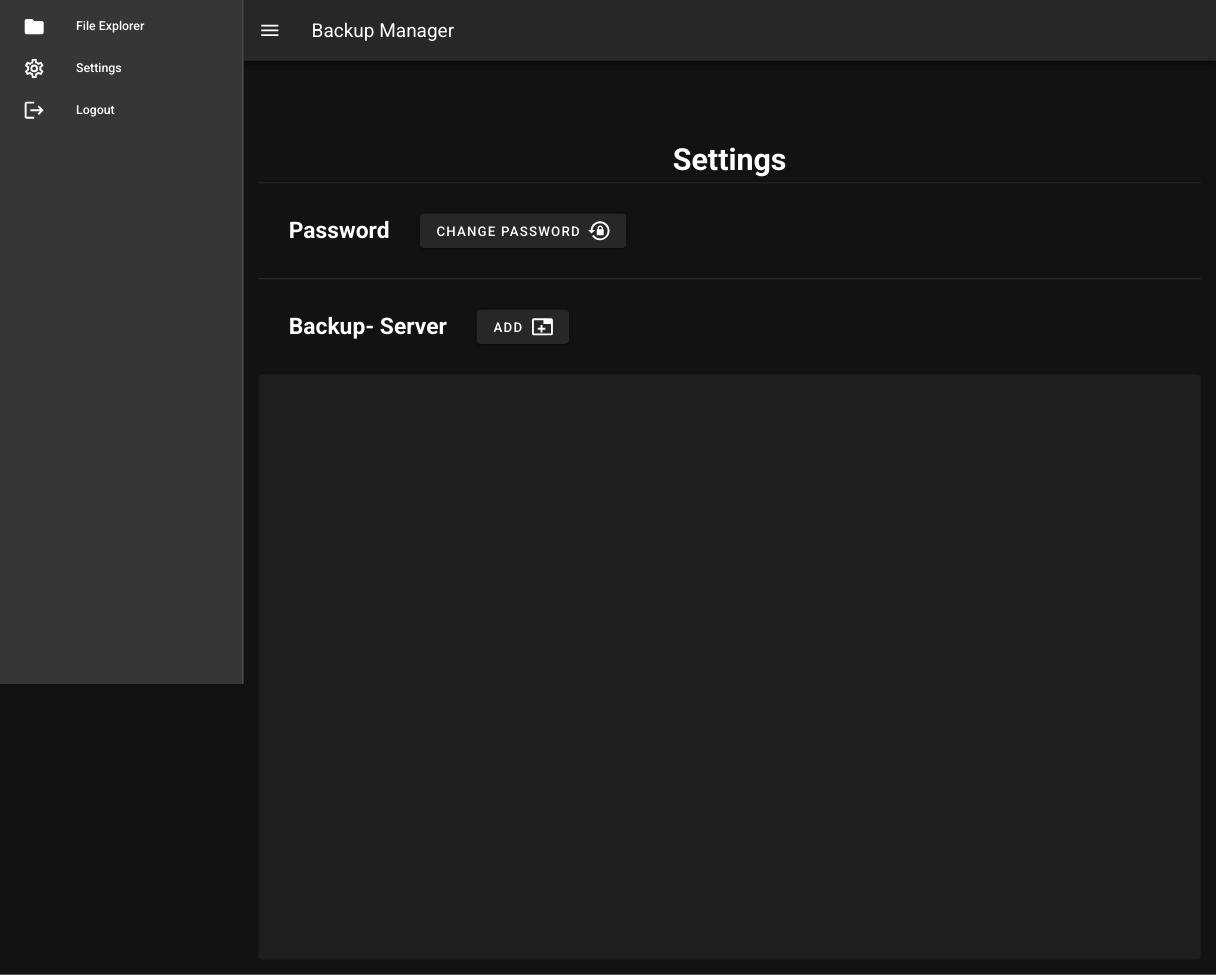
Repository: Erik966/Backup-Manager-Frontend
Page: /settings
These files come from the project's save history. The page is drawn as it stood at one moment and after the next save; the edit follows.
The browser window is 1280 px wide. The pictures show the whole page, at 95% of full size.
The project was rebuilt for these pictures with package versions that can differ from the ones it lists, and the page was loaded fresh each time. Also part of the build but not shown: vue.config.js, src/components/Login.vue, src/views/Login.vue, src/views/secure.vue.

Above is the page before, as saved 2023-01-17 00:18:10.

### public/index.html
<!DOCTYPE html>
<html lang="en">
  <head>
    <meta charset="utf-8">
    <meta http-equiv="X-UA-Compatible" content="IE=edge">
    <meta name="viewport" content="width=device-width,initial-scale=1.0">
    <!--link rel="icon" href="<%= BASE_URL %>favicon.ico"-->
    <title>Homepagename</title>
    <link rel="stylesheet" href="https://fonts.googleapis.com/css?family=Roboto:100,300,400,500,700,900">
    <link rel="stylesheet" href="https://cdn.jsdelivr.net/npm/@mdi/font@latest/css/materialdesignicons.min.css">
  </head>
  <body>
    <noscript>
      <strong>We're sorry but <!--%= htmlWebpackPlugin.options.title %--> doesn't work properly without JavaScript enabled. Please enable it to continue.</strong>
    </noscript>
    <div id="app"></div>
    <!-- built files will be auto injected -->
  </body>
</html>

### src/App.vue
<template>
  <v-app>
    <div >
    <v-toolbar dark class="justify-center">
      <v-row>
        <v-col class="justify-center">
          <h1 align="center">BackupManager</h1>
        </v-col>
        <!-- <v-col class="text-right">
          <v-btn to="/">Login</v-btn>
          <v-btn to="/secure">Secure</v-btn>
        </v-col> -->
      </v-row>

    </v-toolbar>
  </div>
    <router-view/>
  </v-app>
</template>

<script>

export default {
  name: 'App',

  data: () => ({
    //
  }),
  methods: {

  },
};
</script>
<style scoped>

</style>

### src/views/settings.vue
<template>
    <Settings />
  </template>

  <script>
    import Settings from '../components/Settings'

    export default {
      //name: 'Home',

      components: {
        Settings,
      },
    }
  </script>

### src/components/Settings.vue
<template>
  <v-main>
    <div class="main">
      <Navigation />

      <h1>Settings</h1>

      <v-divider></v-divider>

      <div class="settingHeadlineContainer">
        <h2 class="settingHeading">Password</h2>
        <v-btn @click="onClickShowChangePassword" item.icon>
          change password
          <v-icon class="iconPadding">{{ changePassword }}</v-icon>
        </v-btn>
      </div>

      <div class="passwordContainerWrapper" v-if="changePasswordActive">
        <div class="passwordInputFieldContainer">
          <div class="passwordBlockContainer">
            <div>
              <p>old password</p>
            </div>
            <div>
              <input
                class="passwordInputField"
                type="text"
                name="fname"
                v-model="password.oldPassword"
              />
            </div>
          </div>
          <div class="passwordBlockContainer">
            <div>
              <p>new password</p>
            </div>
            <div>
              <input
                class="passwordInputField"
                type="text"
                name="fname"
                v-model="password.newPassword"
              />
            </div>
          </div>
          <div class="passwordBlockContainer">
            <div>
              <p>repeat new password</p>
            </div>
            <div class="passwordBlockContainer">
              <input
                class="passwordInputField"
                type="text"
                name="fname"
                v-model="password.newPasswordRepeat"
              />
            </div>
          </div>
          <div class="buttonAllertContainer">
            <div>
              <v-btn @click="onPasswordChangedClick" item.icon>
                change password
                <v-icon id="changePassword" class="iconPadding">{{
                  changePassword
                }}</v-icon>
              </v-btn>
            </div>
            <div>
              <v-alert
                v-if="changePasswordStatusFailed"
                border="left"
                color="red"
                dense
                type="warning"
                max-width="300px"
                >{{ changePasswordFailedMessage }}</v-alert
              >
              <v-alert
                v-if="changePasswordStatusSuccess"
                border="left"
                color="green"
                dense
                type="success"
                max-width="300px"
                >Password changed succesfully.</v-alert
              >
            </div>
          </div>
        </div>
      </div>

      <v-divider></v-divider>

      <div class="settingHeadlineContainer">
        <h2 class="settingHeading">Backup- Server</h2>
        <v-btn @click="onClickShowAddBackupServer" item.icon>
          ADD
          <v-icon class="iconPadding">{{ addIcon }}</v-icon>
        </v-btn>
      </div>

      <div class="passwordContainerWrapper" v-if="addBackupServerActive">
        <div class="passwordInputFieldContainer">
          <div class="passwordBlockContainer">
            <div>
              <p>server address</p>
            </div>
            <div>
              <input
                class="passwordInputField"
                type="text"
                name="fname"
                v-model="backupServerInformations.serverAddress"
              />
            </div>
          </div>
          <div class="passwordBlockContainer">
            <div>
              <p>username</p>
            </div>
            <div>
              <input
                class="passwordInputField"
                type="text"
                name="fname"
                v-model="backupServerInformations.username"
              />
            </div>
          </div>
          <div class="passwordBlockContainer">
            <div>
              <p>path</p>
            </div>
            <div>
              <input
                class="passwordInputField"
                type="text"
                name="fname"
                v-model="backupServerInformations.path"
              />
            </div>
          </div>
          <div class="buttonAllertContainer">
            <div id="addButton">
              <v-btn @click="addBackupServer" item.icon>
                add
                <v-icon id="addIcon" class="iconPadding">{{ addIcon }}</v-icon>
              </v-btn>
            </div>
            <div>
              <v-alert
                border="left"
                color="red"
                dense
                type="warning"
                max-width="300px"
                v-if="addBackupServerFailed"
                >{{ addBackupServerFailedAllert }}
              </v-alert>
            </div>
          </div>
        </div>
      </div>

      <!--      <div class="pathsContainer">
        <v-list dense rounded>
          <v-list-item
            @click="onMemoryLocationListItemClicked"
            v-for="item in memoryLocations"
            :key="item.title"
            link
          >
            <v-list-item-icon>
              <v-icon>{{ folderIcon }}</v-icon>
            </v-list-item-icon>
            <v-list-item-content>
              <v-list-item-title>{{ item.path }}</v-list-item-title>
            </v-list-item-content>
            <v-list-item-icon v-if="deleteIconsActive">
              <v-icon id="deleteIcon" @click="onPathDeleteIconClicked(item)">{{
                deleteIcon
              }}</v-icon>
            </v-list-item-icon>
            <v-icon id="editIcon">{{ editIcon }}</v-icon>
          </v-list-item>
        </v-list>
        <div v-if="memoryLocations.length == 0">
          <p class="hint">You have not selected any backup server yet</p>
        </div>
      </div>
      <div id="deleteButton">
        <v-btn @click="onDeleteButtonClicked" item.icon>
          delete
          <v-icon id="addIcon" class="iconPadding">{{ deleteIcon }}</v-icon>
        </v-btn>
      </div> -->
      <v-list dense rounded>
        <div class="backupServerListContainer">
          <v-list-item v-for="item in items2" :key="item.title" link>
            <v-list-item-content @click="on_item_click(item.number)">
              <div class="backupServerListItem">
                <div>
                  <v-list-item-title>{{ item.server }}</v-list-item-title>
                </div>
                <div>
                  <v-list-item-title>{{ item.path }}</v-list-item-title>
                </div>
                <div>
                  <v-btn @click="removeserver(item.server)">
                    <v-icon small>mdi-delete</v-icon>
                  </v-btn>
                </div>
              </div>
            </v-list-item-content>
          </v-list-item>
        </div>
      </v-list>
    </div>
  </v-main>
</template>

<script>
import Navigation from "../components/Navigation.vue";
import CryptoJS from "crypto-js";
import axios from "axios";

import { mdiTabPlus } from "@mdi/js";
import { mdiFolder } from "@mdi/js";
import { mdiDelete } from "@mdi/js";
import { mdiPencilOutline } from "@mdi/js";
import { mdiLockReset } from "@mdi/js";

export default {
  components: {
    Navigation,
  },
  data: () => ({
    addIcon: mdiTabPlus,
    folderIcon: mdiFolder,
    deleteIcon: mdiDelete,
    editIcon: mdiPencilOutline,
    changePassword: mdiLockReset,
    deleteIconsActive: false,
    changePasswordActive: false,
    addBackupServerActive: false,
    memoryLocations: [],
    items2: [],
    password: {
      oldPassword: "",
      newPassword: "",
      newPasswordRepeat: "",
    },
    backupServerInformations: {
      serverAddress: "",
      username: "",
      path: "",
    },
    changePasswordFailedMessage: "Something went wrong!",
    changePasswordStatusSuccess: false,
    changePasswordStatusFailed: false,
    addBackupServerFailed: false,
    addBackupServerFailedAllert: "Something went wrong!",
  }),
  mounted() {
    this.getBackupServer();
  },

  methods: {
    addBackupServer() {
      if (
        this.backupServerInformations.serverAddress == "" &&
        this.backupServerInformations.username == "" &&
        this.backupServerInformations.path == ""
      )
        return;
      let data = new FormData();

      data.append(
        "secret",
        CryptoJS.AES.encrypt(
          localStorage.getItem("username") + localStorage.getItem("key_diff"),
          localStorage.getItem("ka")
        ).toString()
      );
      data.append("username", localStorage.getItem("username"));
      data.append("host", this.backupServerInformations.serverAddress);
      data.append("username", this.backupServerInformations.username);
      data.append("path", this.backupServerInformations.path);
      data.append("auth", localStorage.getItem("token"));
      axios
        .post("http://localhost:5000//sshcheck", data)
        .then((response) => {
          console.log(response);
          localStorage.setItem(
            "key_diff",
            CryptoJS.AES.decrypt(
              response.data.secret,
              localStorage.getItem("ka")
            ).toString(CryptoJS.enc.Utf8)
          );
          this.backupServerInformations.serverAddress = "";
          this.backupServerInformations.username = "";
          this.backupServerInformations.path = "";
          this.getBackupServer();
        })
        .catch(console.error);
    },
    removeserver(serverAddress) {
      let data = new FormData();
      data.append(
        "secret",
        CryptoJS.AES.encrypt(
          localStorage.getItem("username") + localStorage.getItem("key_diff"),
          localStorage.getItem("ka")
        ).toString()
      );
      data.append("username", localStorage.getItem("username"));
      data.append("auth", localStorage.getItem("token"));
      data.append("rmserver", serverAddress);
      axios.post("http://localhost:5000//removeserver", data).then(
        (res) => {
          if (res.status === 200) {
            localStorage.setItem(
              "key_diff",
              CryptoJS.AES.decrypt(
                res.data.secret,
                localStorage.getItem("ka")
              ).toString(CryptoJS.enc.Utf8)
            );
            this.getBackupServer();
          }
        },
        (err) => {
          console.log(err.response);
        }
      );
    },
    getBackupServer() {
      let data = new FormData();
      data.append(
        "secret",
        CryptoJS.AES.encrypt(
          localStorage.getItem("username") + localStorage.getItem("key_diff"),
          localStorage.getItem("ka")
        ).toString()
      );
      data.append("username", localStorage.getItem("username"));
      data.append("auth", localStorage.getItem("token"));
      axios.post("http://localhost:5000/getbackupserver", data).then(
        (res) => {
          if (res.status === 200) {
            console.log(res.data);
            let backup = res.data.backup;
            localStorage.setItem(
              "key_diff",
              CryptoJS.AES.decrypt(
                res.data.secret,
                localStorage.getItem("ka")
              ).toString(CryptoJS.enc.Utf8)
            );
            this.items2 = [];
            for (var i = 0; i < backup.length; i++) {
              this.items2.push({
                server: backup[i]["serverAddress"],
                path: backup[i]["path"],
              });
            }
          }
        },
        (err) => {
          console.log(err.response);
        }
      );
    },
    onMemoryLocationListItemClicked() {
      console.log("hello");
    },
    onPathDeleteIconClicked(item) {
      this.memoryLocations.splice(item, 1);
    },
    onDeleteButtonClicked() {
      this.deleteIconsActive = !this.deleteIconsActive;
    },
    onClickShowChangePassword() {
      this.changePasswordActive = !this.changePasswordActive;
      this.changePasswordStatusFailed = false;
      this.changePasswordStatusSuccess = false;
      this.password = [];
    },
    onClickShowAddBackupServer() {
      this.addBackupServerActive = !this.addBackupServerActive;
    },
    onPasswordChangedClick() {
      this.changePasswordStatusFailed = false;
      this.changePasswordStatusSuccess = false;
      if (this.password.newPassword === this.password.newPasswordRepeat) {
        axios
          .post("http://localhost:5000/changePassword", {
            oldPassword: this.password.oldPassword,
            newPassword: this.newPassword,
          })
          .then(
            (res) => {
              //if successfull
              if (res.status === 200) {
                console.log("200");
                this.changePasswordStatusSuccess = true;
              }
            },
            (err) => {
              console.log("401");
              console.log(err.response.data);
              this.changePasswordStatusFailed = true;
              this.changePasswordFailedMessage = "The old password is wrong.";
            }
          );
      } else {
        this.changePasswordStatusFailed = true;
        this.changePasswordFailedMessage = "New passwords do not match.";
      }
      this.password = [];
    },

    onAddedButtonClicked() {
      if (
        this.backupServerInformations.serverAddress &&
        this.backupServerInformations.username &&
        this.backupServerInformations.path
      )
        console.log("reached");
      {
        axios
          .post("http://localhost:5000/addBackupServer", {
            serverAddress: this.backupServerInformations.serverAddress,
            username: this.backupServerInformations.username,
            path: this.backupServerInformations.path,
          })
          .then(
            (res) => {
              //if successfull
              if (res.status === 200) {
                console.log("200");
              }
            },
            (err) => {
              console.log("401");
              console.log(err.response.data);
            }
          );
      }

      this.addBackupServerFailed = true;
      this.addBackupServerFailedAllert = "This server does not exist";
      this.backupServerInformations = [];

      this.memoryLocations.push({
        path: "C:/",
        icon: mdiFolder,
      });
    },
  },
};
</script>

<style>
.pathsContainer {
  height: 400px;
  overflow-y: auto;
}
.btnsContainer {
  display: flex;
  flex-wrap: nowrap;
  align-items: center;
  padding: 16px;
}
#addIcon {
  margin-left: 16px;
  scale: 1;
}
#deleteIcon {
  color: red;
}
#pathInputField {
  border-radius: 4px;
  background-color: white;
  background-position: 10px 10px;
  background-repeat: no-repeat;
  padding-left: 40px;
  height: 32px;
  width: calc(100% - 32px);
}
.passwordInputField {
  margin: 8px 0px 8px 0px;
  border-radius: 4px;
  background-color: white;
  padding-left: 8px;
  background-position: 10px 10px;
  height: 32px;
  margin-left: 16px;
}
#deleteButton {
  padding-top: 24px;
}
#changePassword {
  padding-left: 16px;
}
#addInputField {
  flex-grow: 10;
}
.main {
  padding: 16px;
}
#editIcon {
  margin-left: 16px;
}
.passwordInputFieldContainer {
  padding: 32px;
  min-width: calc(30% + 64px);
  background-color: #222222; /* selbe Farbe wie oben!*/
  border-radius: 4px;
}
.passwordContainerWrapper {
  margin: 16px 0px 48px 0px;
  display: flex;
  justify-content: center;
}
.passwordBlockContainer {
  display: flex;
  justify-content: space-between;
}
.settingHeadlineContainer {
  margin: 32px;
  display: flex;
  justify-content: left;
  flex-direction: row;
}
.settingHeading {
  margin-right: 32px;
}
.hint {
  color: #504e31;
  padding: 32px;
  font-size: 24px;
}
.iconPadding {
  padding-left: 8px;
}
.buttonAllertContainer {
  display: flex;
  justify-content: space-between;
  align-items: flex-start;
  margin-top: 24px;
  gap: 8px;
}
.backupServerListItem {
  display: flex;
  justify-content: space-between;
  gap: 16px;
}

.backupServerListContainer {
  height: 600px;
}
</style>

### src/components/Navigation.vue
<template>
  <div>
    <v-navigation-drawer v-model="drawer" app>
      <v-list dense rounded>
        <v-list-item
          v-for="item in routingItems"
          :key="item.title"
          link
          @click="on_menu_item_click(item.title)"
        >
          <v-list-item-icon>
            <v-icon>{{ item.icon }}</v-icon>
          </v-list-item-icon>

          <v-list-item-content>
            <v-list-item-title>{{ item.title }}</v-list-item-title>
          </v-list-item-content>
        </v-list-item>
      </v-list>

      <!--  -->
    </v-navigation-drawer>
    <v-app-bar app>
      <v-app-bar-nav-icon @click="drawer = !drawer"></v-app-bar-nav-icon>

      <v-toolbar-title>Backup Manager</v-toolbar-title>
    </v-app-bar>
  </div>
</template>

<script>
import { mdiFolder } from "@mdi/js";
import { mdiCogOutline } from "@mdi/js";
import { mdiLogout } from "@mdi/js";

export default {
  data: () => ({
    drawer: null,
    routingItems: [
      { title: "File Explorer", icon: mdiFolder },
      { title: "Settings", icon: mdiCogOutline },
      { title: "Logout", icon: mdiLogout },
    ],
  }),
  methods: {
    on_menu_item_click(routingItemName) {
      // TODO: sehr schlecht, dass secure eigentlich fileExplorer ist ( umbenennen ?)
      if (routingItemName.toLowerCase() != this.$router.currentRoute.name) {
        switch (routingItemName) {
          case "File Explorer":
            this.$router.push("/secure");
            break;
          case "Settings":
            this.$router.push("/settings");
            break;
          case "Logout":
            localStorage.removeItem("token");
            this.$router.push("/");
            break;
        }
      }
    },
  },
};
</script>

Loaded but not shown: src/main.js (common file); src/router/index.js (35 lines, source omitted); src/plugins/vuetify.js (11 lines, source omitted); src/components/Secure.vue (298 lines, source omitted)

After the next save:
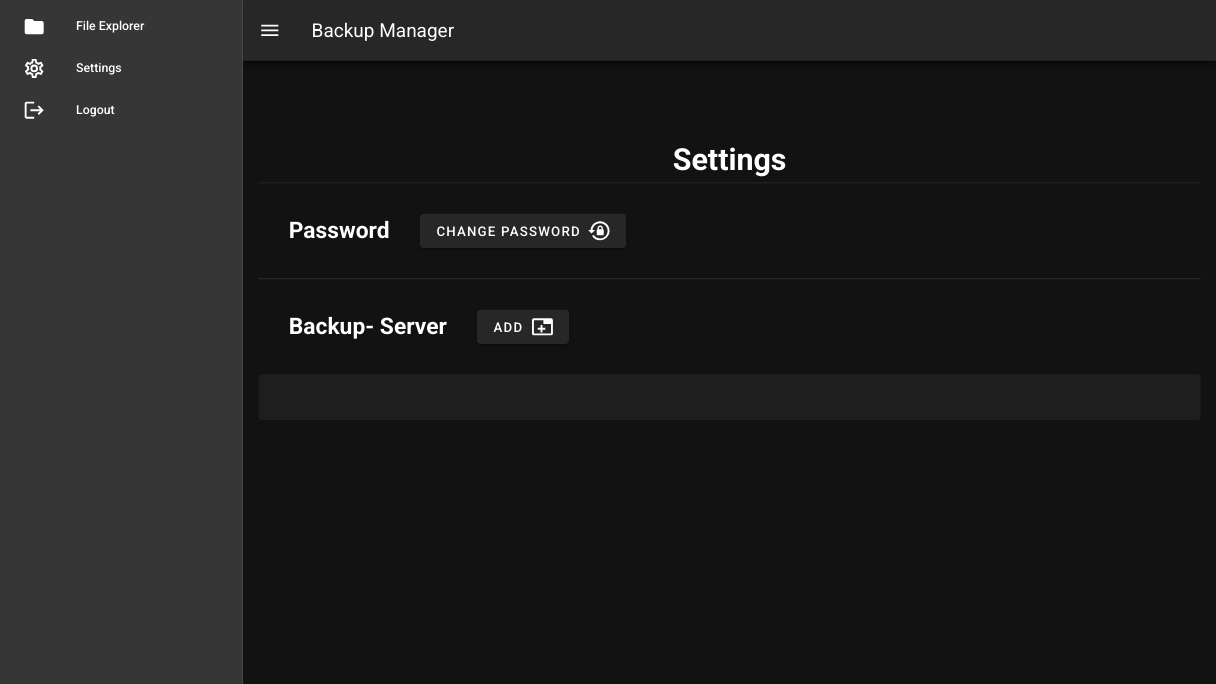
Saved 12 s later.
--- a/src/components/Settings.vue
+++ b/src/components/Settings.vue
@@ -559,6 +559,6 @@ export default {
 }
 
 .backupServerListContainer {
-  height: 600px;
+  height: 32px;
 }
 </style>
